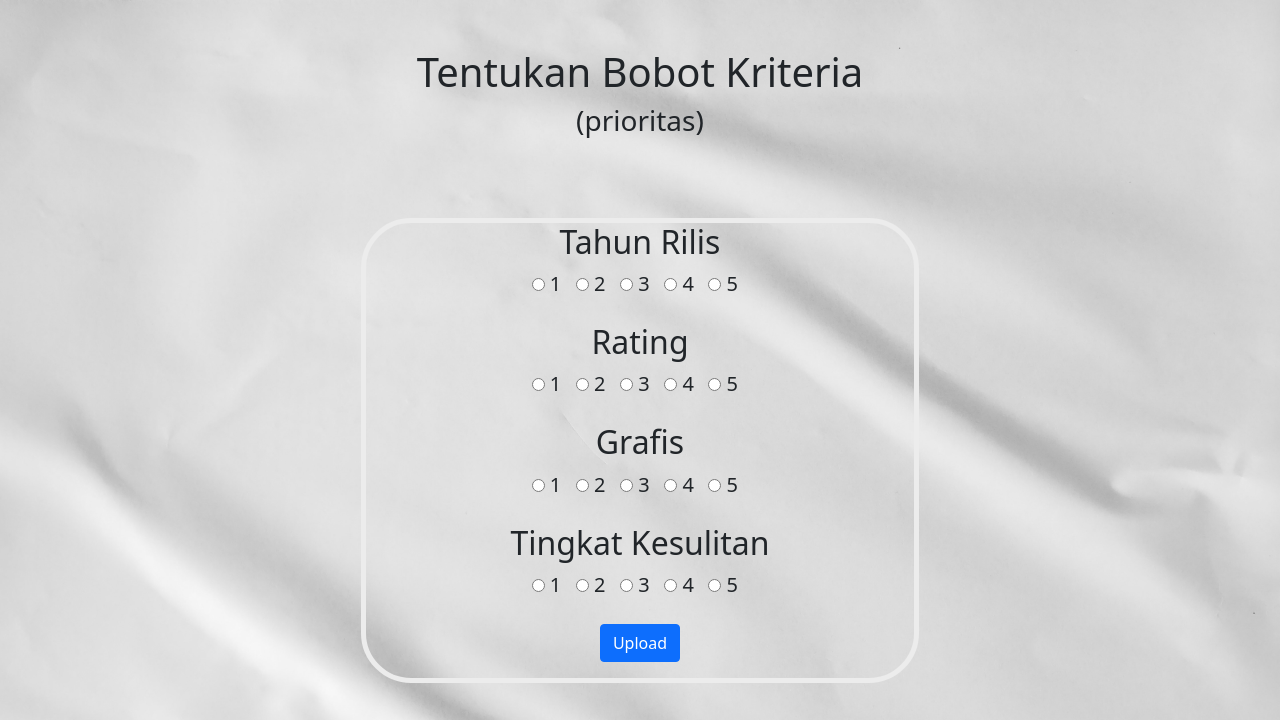
Repository: aqordeon/SPKWP
Page: http://localhost/hitungKriteria.php
The author's editor kept a copy of each file at every save. The page is drawn from the files as they stood at one save, then again after the next save.
The browser window is 1280 px wide. The pictures show the whole page.
The page is run by PHP 8.4 with error messages shown; the project is at /var/www/html/. Queries for data that is not in the repository find no rows.

Above is the page before, as saved 2021-01-13 23:44:33.

After the next save:
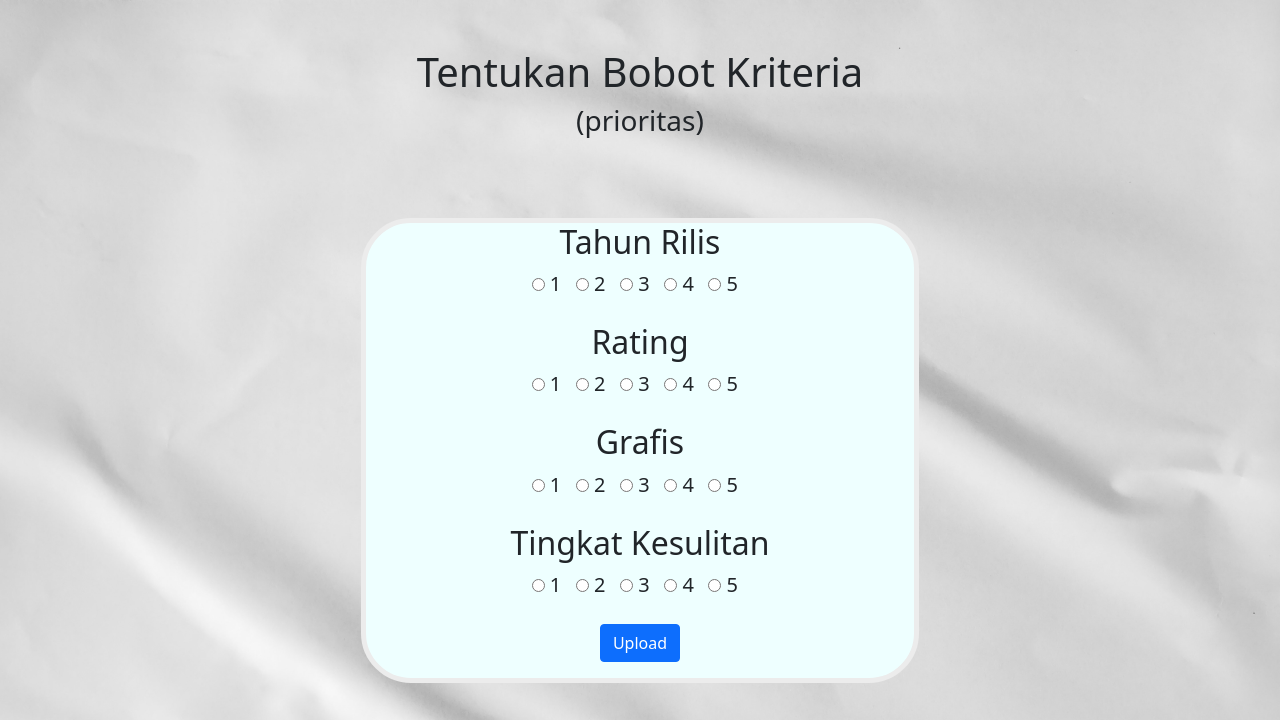
Saved 24 s later.
--- a/hitungKriteria.php
+++ b/hitungKriteria.php
@@ -33,7 +33,7 @@
             ?>
 
             <!-- FORM -->
-            <div class="container" style="border: 5px solid #ececec; border-radius: 50px; width: 50%;">
+            <div class="container" style="border: 5px solid #ececec; border-radius: 50px; width: 50%; background-color: #eeffff">
                 <form method="post" action="" enctype='multipart/form-data'>
                     <h2 style="">Tahun Rilis</h2>
                     <input type="radio" id="optradio_tahunrilis1" name="radio_tahunrilis" value="1" required="required"><label for="optradio_tahunrilis1">&nbsp;1&nbsp;&nbsp;</label>

After the save that followed:
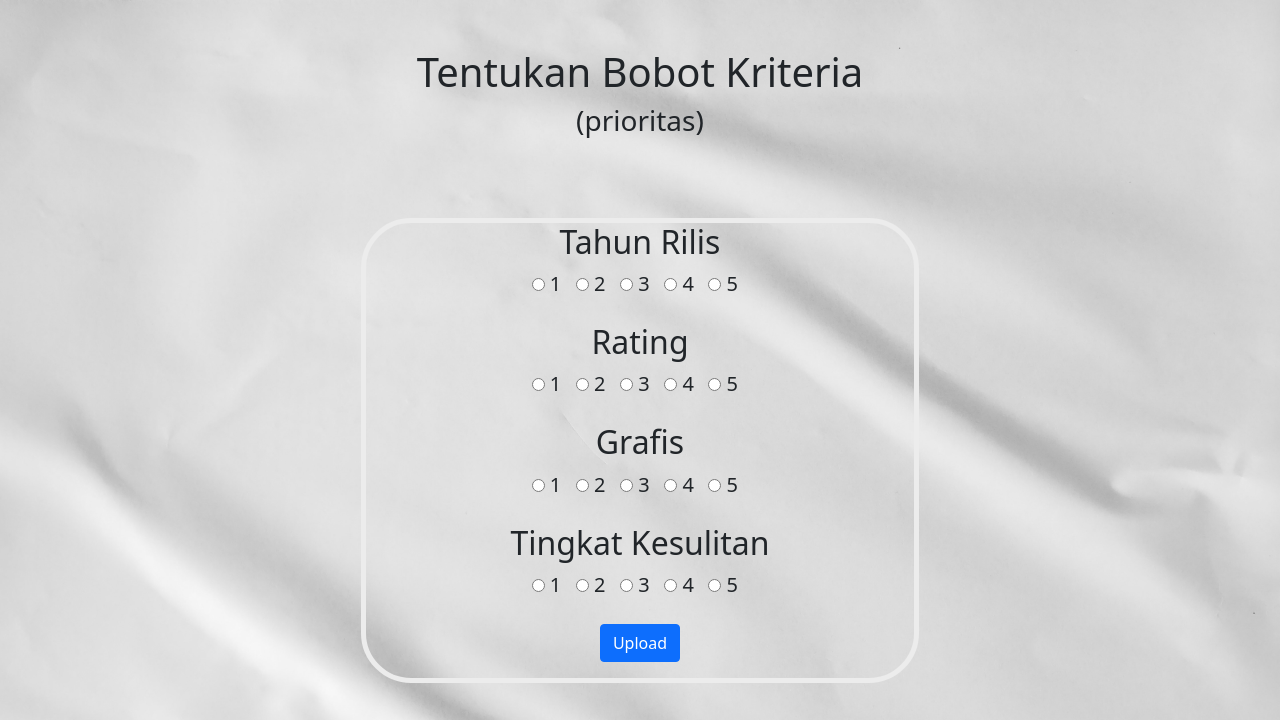
Saved 7 s later.
--- a/hitungKriteria.php
+++ b/hitungKriteria.php
@@ -33,7 +33,7 @@
             ?>
 
             <!-- FORM -->
-            <div class="container" style="border: 5px solid #ececec; border-radius: 50px; width: 50%; background-color: #eeffff">
+            <div class="container" style="border: 5px solid #ececec; border-radius: 50px; width: 50%; background-color: #ffeee">
                 <form method="post" action="" enctype='multipart/form-data'>
                     <h2 style="">Tahun Rilis</h2>
                     <input type="radio" id="optradio_tahunrilis1" name="radio_tahunrilis" value="1" required="required"><label for="optradio_tahunrilis1">&nbsp;1&nbsp;&nbsp;</label>
